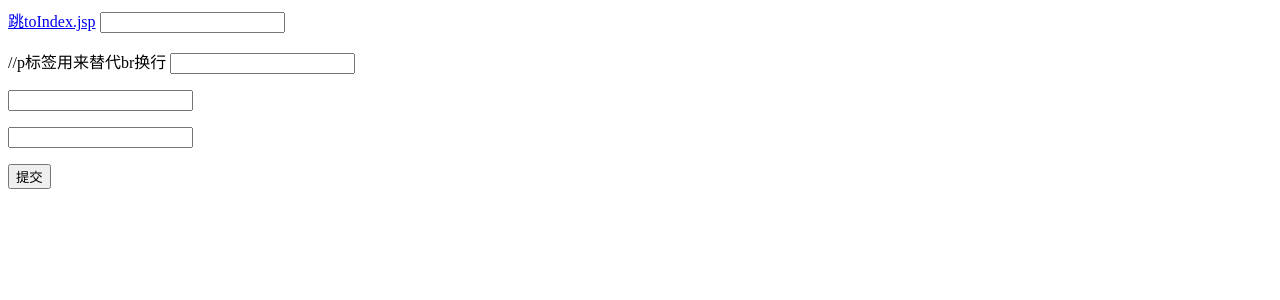
Repository: JasonYan2015/FE-learning-examples
Page: http://localhost/优普20160801_Easy_book_SSM/
An editor plug-in stored every save of this project. The page is shown before and after the next save, followed by the edit.
The browser window is 1280 px wide. The pictures show the whole page.
The page is served by Tomcat 9.

Above is the page before, as saved 2016-08-01 06:19:02.

After the next save:
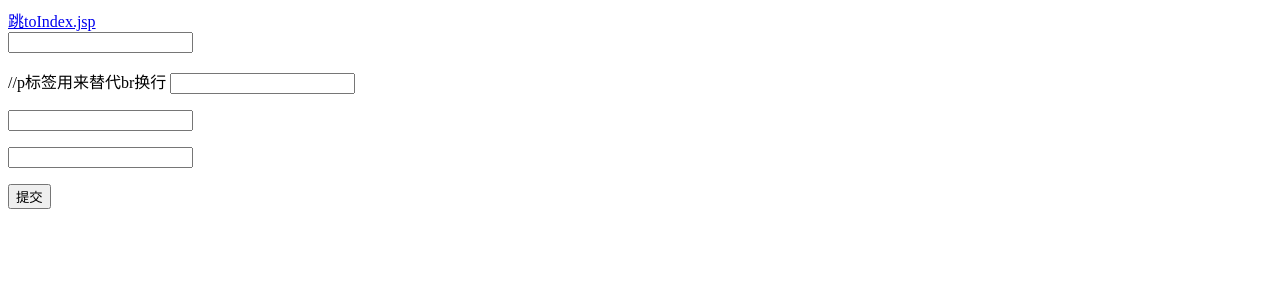
Saved 37 s later.
--- a/eclipse/优普20160801_Easy_book_SSM/WebContent/index.jsp
+++ b/eclipse/优普20160801_Easy_book_SSM/WebContent/index.jsp
@@ -7,12 +7,13 @@
 <title>Insert title here</title>
 </head>
 <body>
-		<a href="a">跳toIndex.jsp</a>
-
+	<a href="a">跳toIndex.jsp</a>
+	<form action="" method="post">
 		<input type="text" name="bookname"/><p></p>			//p标签用来替代br换行
 		<input type="text" name="author"/><p></p>
 		<input type="text" name="press"/><p></p>
 		<input type="text" name="presdate"/><p></p>
 		<input type="submit" value="提交"/><p></p>
+	</form>
 </body>
 </html>
